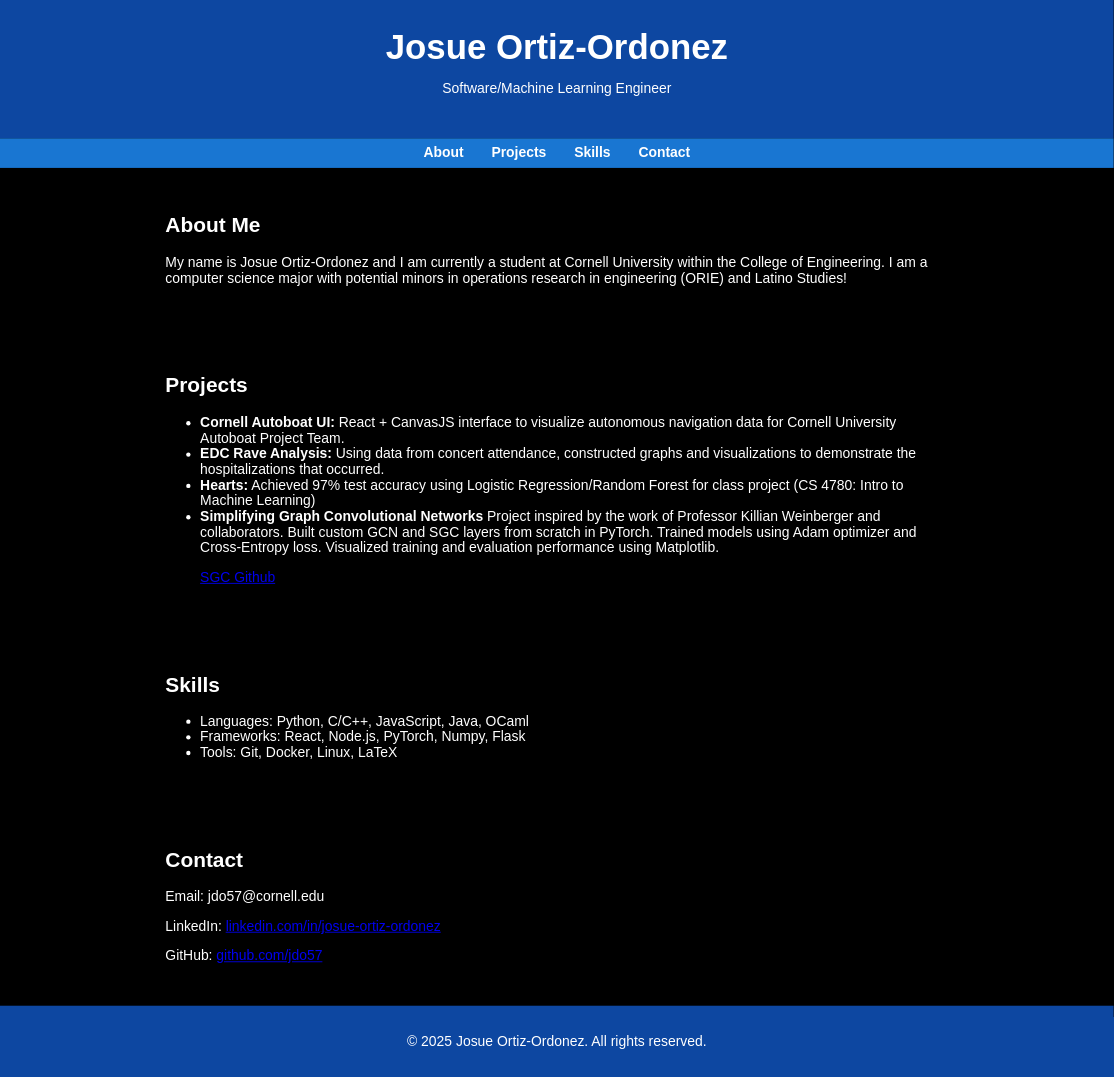
Repository: jdo57/Website
Page: index.html
The author's editor kept a copy of each file at every save. The page is drawn from the files as they stood at one save, then again after the next save.
The browser window is 1280 px wide. The pictures show the whole page, at 87% of full size.

Above is the page before, as saved 2025-05-26 16:11:44.

### index.html
<!DOCTYPE html>
<html lang="en">
<head>
  <meta charset="UTF-8" />
  <meta name="viewport" content="width=device-width, initial-scale=1.0" />
  <title>Josue Ortiz-Ordonez | Portfolio</title>
  <style>
    :root {
      --primary-color: #0d47a1;
      --background-color: #000000;
      --text-color: #ffffff;
      --accent-color: #1976d2;
    }

    body {
      margin: 0;
      font-family: Arial, sans-serif;
      background-color: var(--background-color);
      color: var(--text-color);
    }

    header {
      background-color: var(--primary-color);
      padding: 2rem;
      text-align: center;
    }

    header h1 {
      margin: 0;
      font-size: 2.5rem;
    }

    nav {
      display: flex;
      justify-content: center;
      background-color: var(--accent-color);
      padding: 0.5rem;
    }

    nav a {
      margin: 0 1rem;
      color: white;
      text-decoration: none;
      font-weight: bold;
    }

    nav a:hover {
      text-decoration: underline;
    }

    section {
      padding: 2rem;
      max-width: 900px;
      margin: auto;
    }

    footer {
      background-color: var(--primary-color);
      color: white;
      text-align: center;
      padding: 1rem;
      position: relative;
    }

  </style>
</head>
<body>
  <header>
    <h1>Josue Ortiz-Ordonez</h1>
    <p>Software/Machine Learning Engineer</p>
  </header>

  <nav>
    <a href="#about">About</a>
    <a href="#projects">Projects</a>
    <a href="#skills">Skills</a>
    <a href="#contact">Contact</a>
  </nav>

  <section id="about">
    <h2>About Me</h2>
    <p>
      My name is Josue Ortiz-Ordonez and I am currently a student at Cornell University within
      the College of Engineering. I am a computer science major with potential minors in operations
      research in engineering (ORIE) and Latino Studies!
    </p>
  </section>

  <section id="projects">
    <h2>Projects</h2>
    <ul>
      <li><strong>Cornell Autoboat UI:</strong> React + CanvasJS interface to visualize autonomous navigation data for Cornell University Autoboat Project Team.</li>
      <li><strong>EDC Rave Analysis:</strong>  Using data from concert attendance, constructed graphs and visualizations to demonstrate the hospitalizations that occurred.</li>
      <li><strong>Hearts:</strong> Achieved 97% test accuracy using Logistic Regression/Random Forest for
      class project (CS 4780: Intro to Machine Learning)</li>
      <li> <strong> Simplifying Graph Convolutional Networks</strong>
        Project inspired by the work of Professor Killian Weinberger and collaborators.
        Built custom GCN and SGC layers from scratch in PyTorch. Trained models using Adam optimizer and Cross-Entropy loss.
        Visualized training and evaluation performance using Matplotlib.
        <p> <a href="https://github.com/manolishs/cs4782-SGC" target="_blank"> SGC Github</a></p>
      </li>

    </ul>
  </section>

  <section id="skills">
    <h2>Skills</h2>
    <ul>
      <li>Languages: Python, C/C++, JavaScript, Java, OCaml</li>
      <li>Frameworks: React, Node.js, PyTorch, Numpy, Flask</li>
      <li>Tools: Git, Docker, Linux, LaTeX</li>
    </ul>
  </section>

  <section id="contact">
    <h2>Contact</h2>
    <p>Email: jdo57@cornell.edu</p>
    <p>LinkedIn: <a href="https://www.linkedin.com/in/josue-ortiz-ordonez/" target="_blank">linkedin.com/in/josue-ortiz-ordonez</a></p>
    <p>GitHub: <a href="https://github.com/jdo57" target="_blank">github.com/jdo57</a></p>
  </section>

  <footer>
    <p>&copy; 2025 Josue Ortiz-Ordonez. All rights reserved.</p>
  </footer>
</body>
</html>

After the next save:
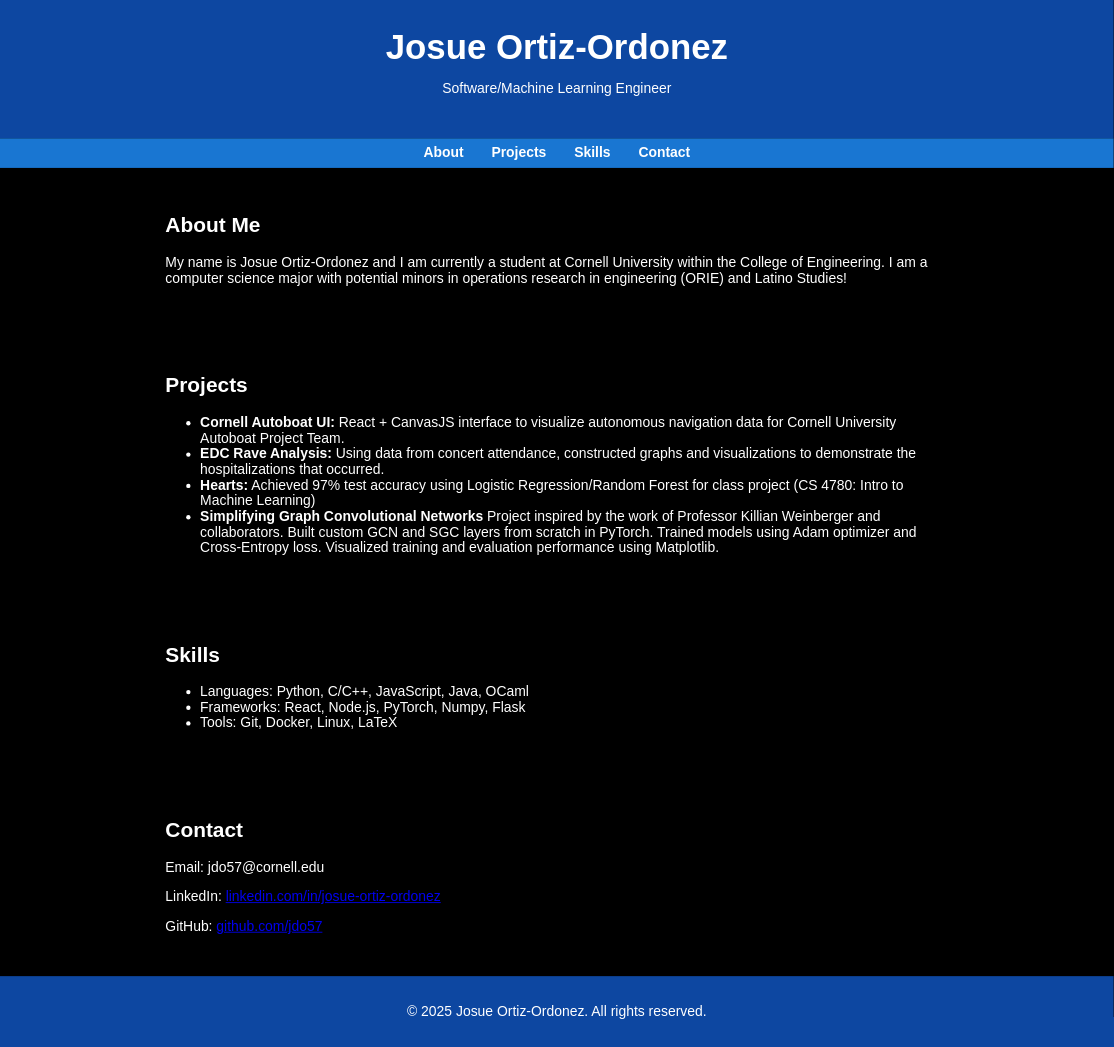
Saved 23 s later.
--- a/index.html
+++ b/index.html
@@ -97,7 +97,6 @@
         Project inspired by the work of Professor Killian Weinberger and collaborators.
         Built custom GCN and SGC layers from scratch in PyTorch. Trained models using Adam optimizer and Cross-Entropy loss.
         Visualized training and evaluation performance using Matplotlib.
-        <p> <a href="https://github.com/manolishs/cs4782-SGC" target="_blank"> SGC Github</a></p>
       </li>
 
     </ul>
